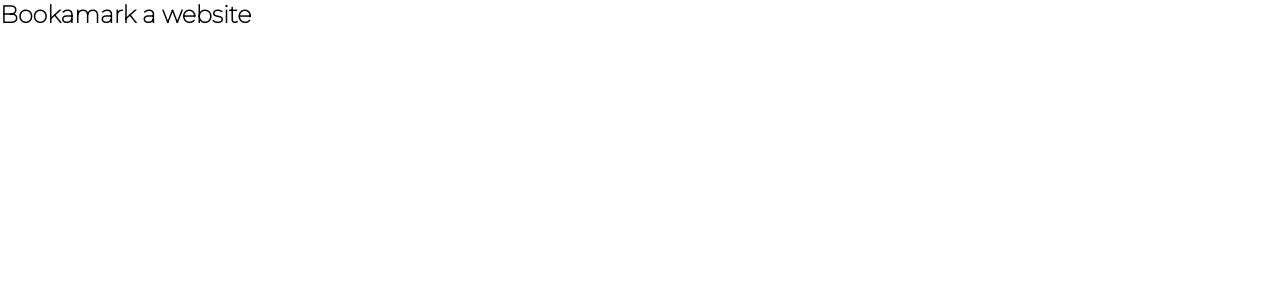
Repository: Suporl9/BookMarkerApp
Page: index.html
The author's editor kept a copy of each file at every save. The page is drawn from the files as they stood at one save, then again after the next save.
The browser window is 1280 px wide. The pictures show the whole page.

Above is the page before, as saved 2021-11-21 17:13:46.

After the next save:
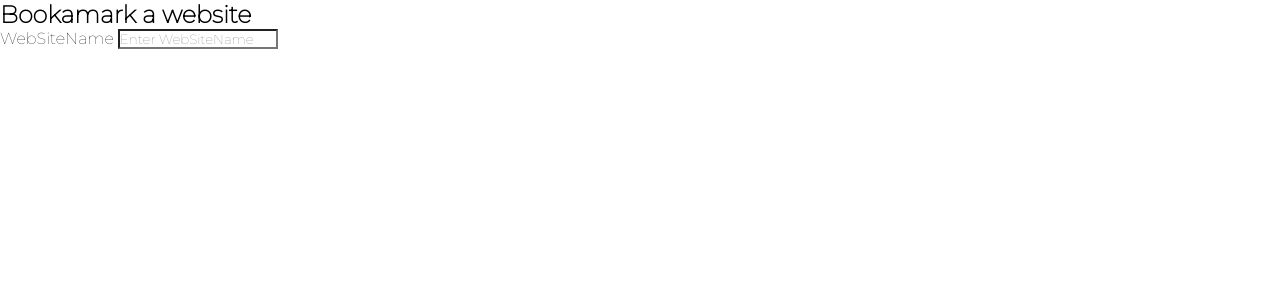
Saved 93 s later.
--- a/index.html
+++ b/index.html
@@ -14,6 +14,8 @@
       <div class="formInput">
         <form>
           <h2>Bookamark a website</h2>
+          <label name="siteName">WebSiteName</label>
+          <input type="text" name="sitename" placeholder="Enter WebSiteName" />
         </form>
       </div>
     </div>
